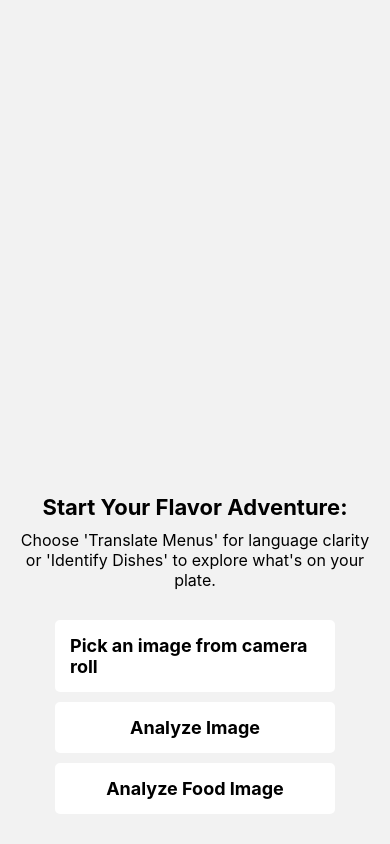
Repository: djdjdallas/taste-without-borders
Screen: /Home
An editor plug-in stored every save of this project. The screen is shown before and after the next save, followed by the edit.
The app was drawn by React Native's web renderer in a window 390 px wide. The project was rebuilt for these pictures with package versions that can differ from the ones it lists, and the page was loaded fresh each time.

Above is the screen before, as saved 2023-12-26 20:09:07.

After the next save:
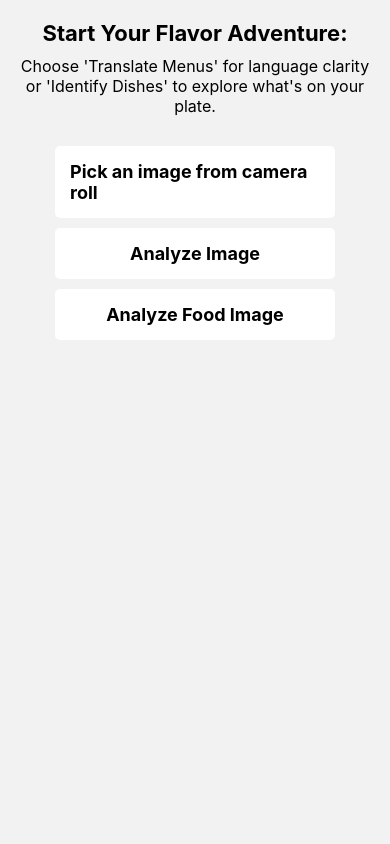
Saved 6 s later.
--- a/HomeScreen.js
+++ b/HomeScreen.js
@@ -199,7 +199,7 @@ const HomeScreen = () => {
 const styles = StyleSheet.create({
   container: {
     flex: 1,
-    justifyContent: "flex-end",
+    justifyContent: "flex-start",
     alignItems: "center",
     padding: 20,
     backgroundColor: "#F2F2F2",
